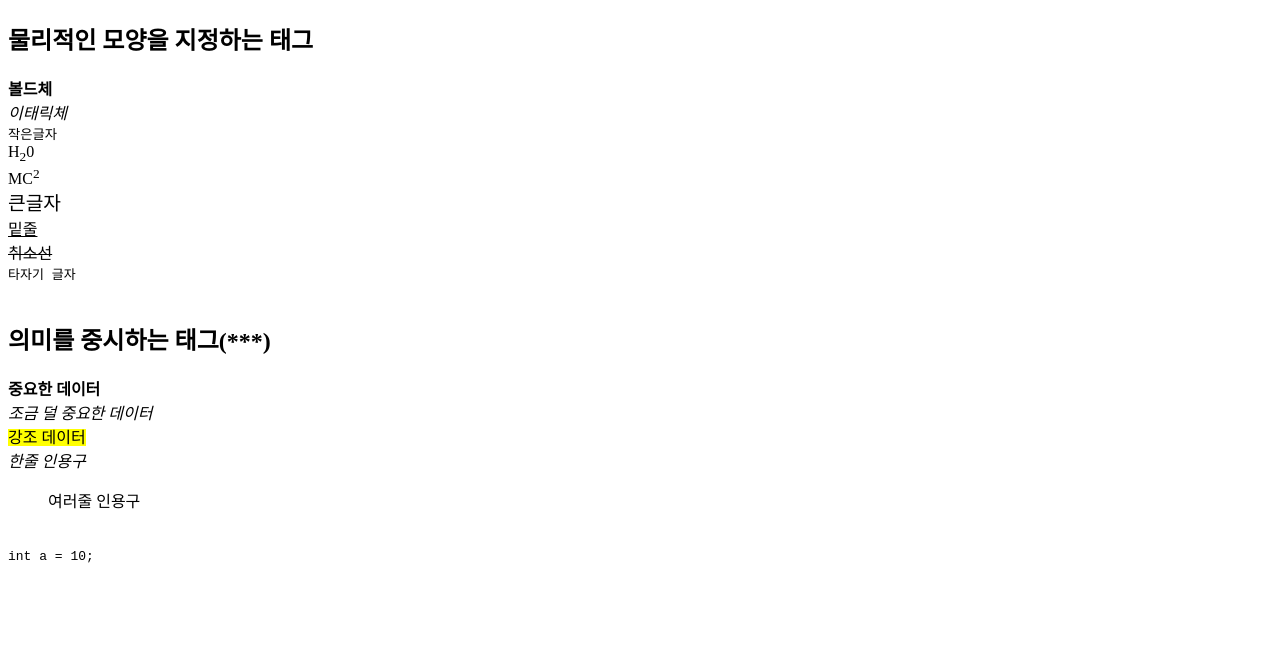
Repository: heoSuKyeong/client_Ssanyong
Page: ClientTest/src/main/webapp/html/ex09_style.html
An editor plug-in stored every save of this project. The page is shown before and after the next save, followed by the edit.
The browser window is 1280 px wide. The pictures show the whole page.

Above is the page before, as saved 2023-09-20 02:08:16.

After the next save:
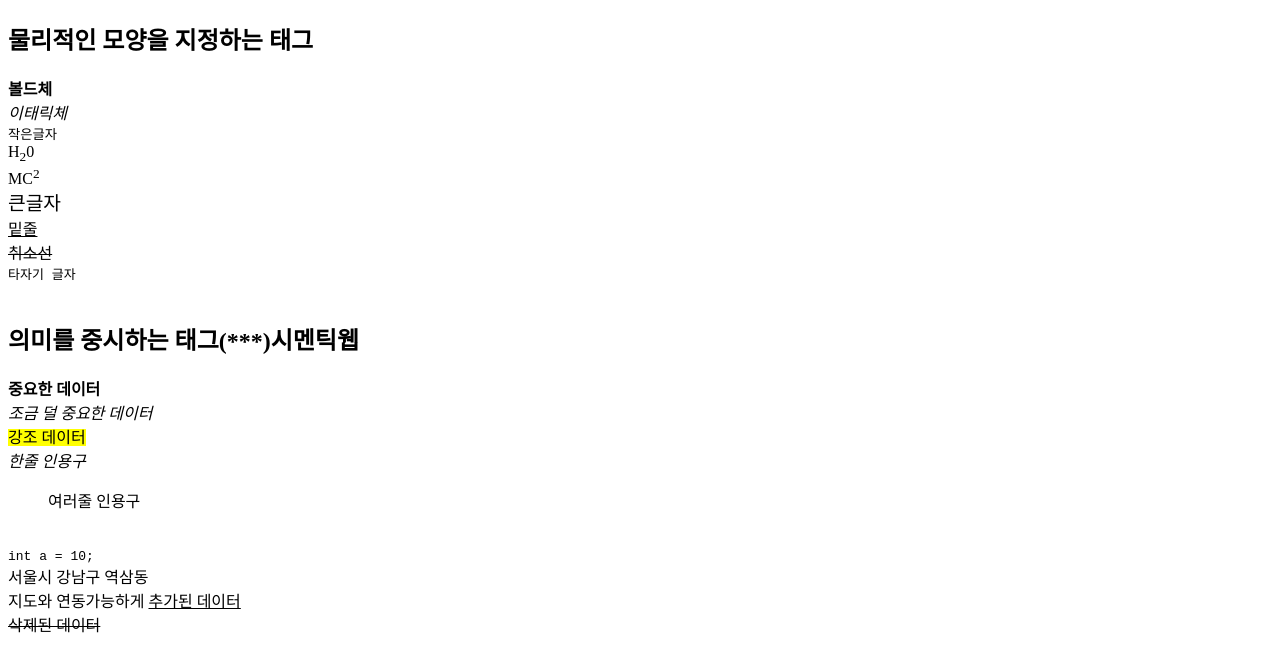
Saved 2 s later.
--- a/ClientTest/src/main/webapp/html/ex09_style.html
+++ b/ClientTest/src/main/webapp/html/ex09_style.html
@@ -25,13 +25,16 @@
 
 
 	<br>
-	<h2>의미를 중시하는 태그(***)</h2>
+	<h2>의미를 중시하는 태그(***)시멘틱웹</h2>
 	<strong>중요한 데이터</strong><br>	<!-- 중요한 데이터라고 의미를 강조하기 위한 태그-->
 	<em>조금 덜 중요한 데이터</em><br>
 	<mark>강조 데이터</mark><br>	<!-- 화면상 강조해야하는 태그-->
 	<cite>한줄 인용구</cite><br>
 	<blockquote>여러줄 인용구</blockquote><br>
 	<code>int a = 10;</code><br>
+	<adress>서울시 강남구 역삼동</adress><br>	 지도와 연동가능하게
+	<ins>추가된 데이터</ins><br>
+	<del>삭제된 데이터</del><br>
 
 
 
